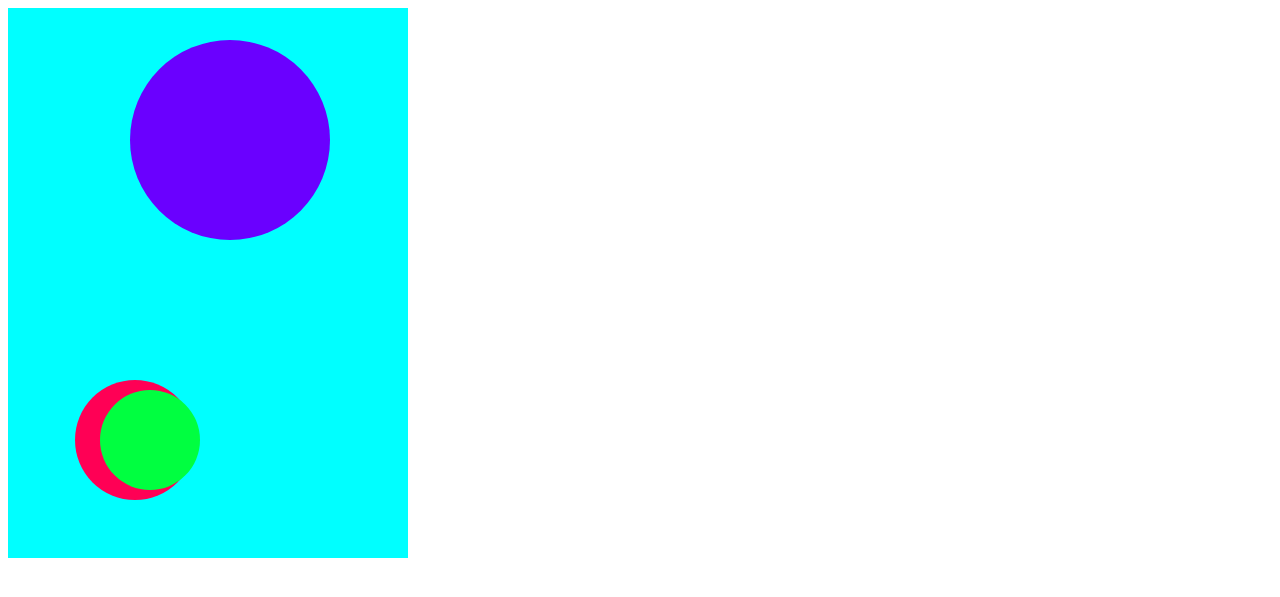
Repository: sara55m/Counter_App
Page: index.html
The author's editor kept a copy of each file at every save. The page is drawn from the files as they stood at one save, then again after the next save.
The browser window is 1280 px wide. The pictures show the whole page.

Above is the page before, as saved 2024-07-30 01:41:22.

After the next save:
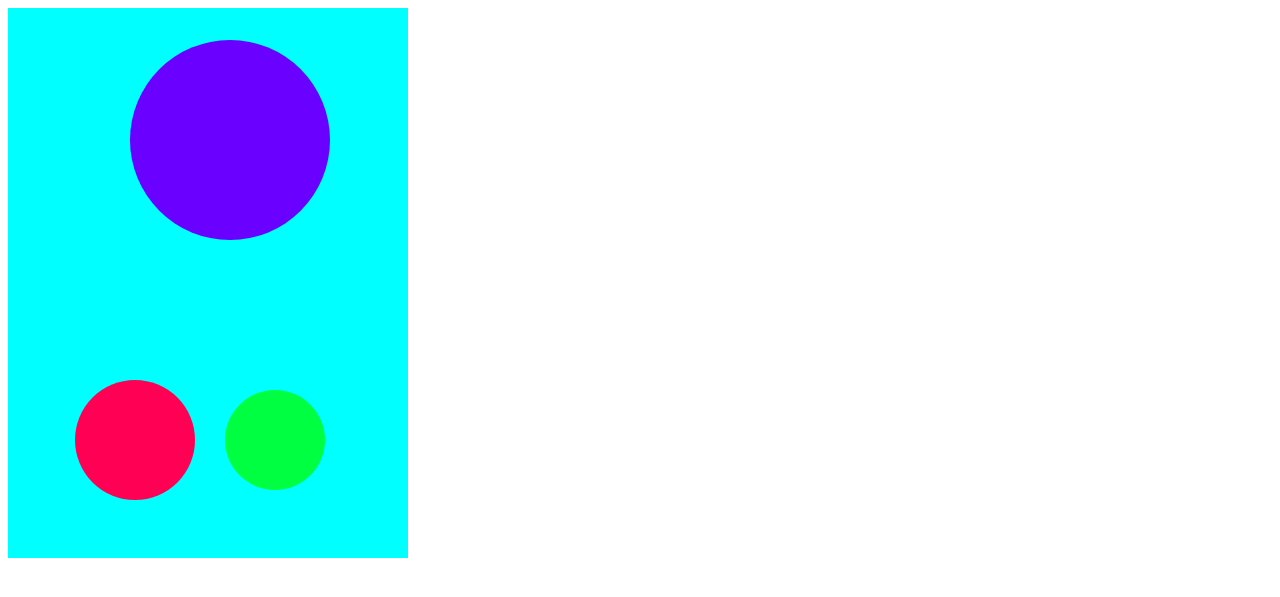
Saved 29 s later.
--- a/css/style.css
+++ b/css/style.css
@@ -29,7 +29,7 @@
 .reset{
     position:absolute;
     top:390px;
-    left:100px;
+    left:225px;
     height:100px;
     width:100px;
     border-radius: 50%;
